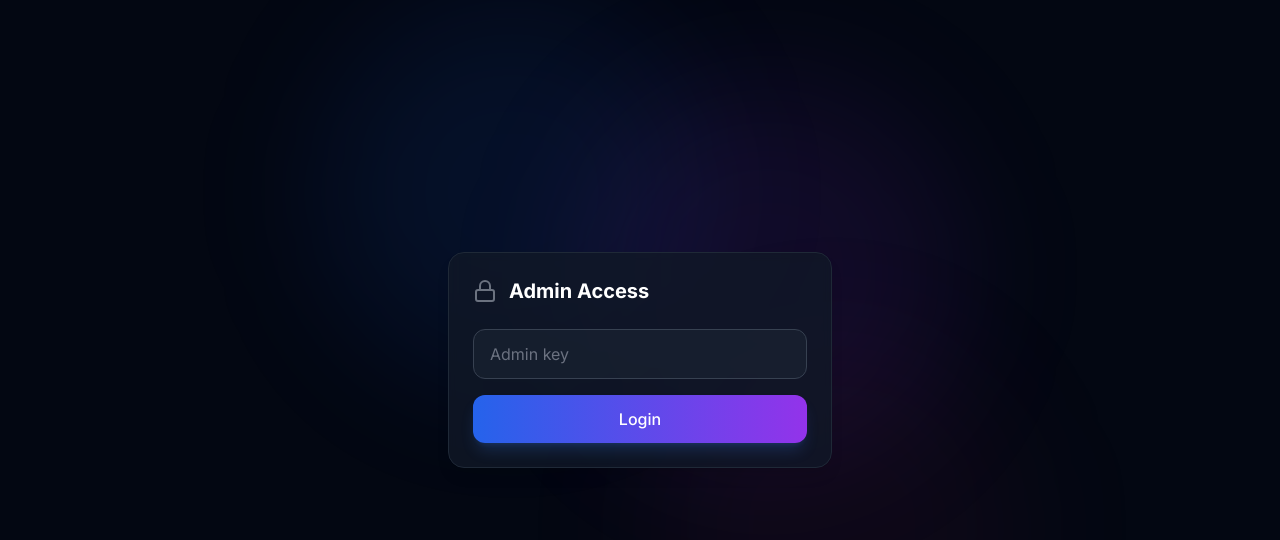
Repository: roshanreddy118/AI-tools-directory
Page: /admin
The author's editor kept a copy of each file at every save. The page is drawn from the files as they stood at one save, then again after the next save.
The browser window is 1280 px wide. The pictures show the whole page.
The project was rebuilt for these pictures with package versions that can differ from the ones it lists, and the page was loaded fresh each time. The framework's server and built-in components were replaced by stand-ins that run in the browser. Also part of the build but not shown: next.config.mjs.

Above is the page before, as saved 2026-08-27 20:18:39.

After the next save:
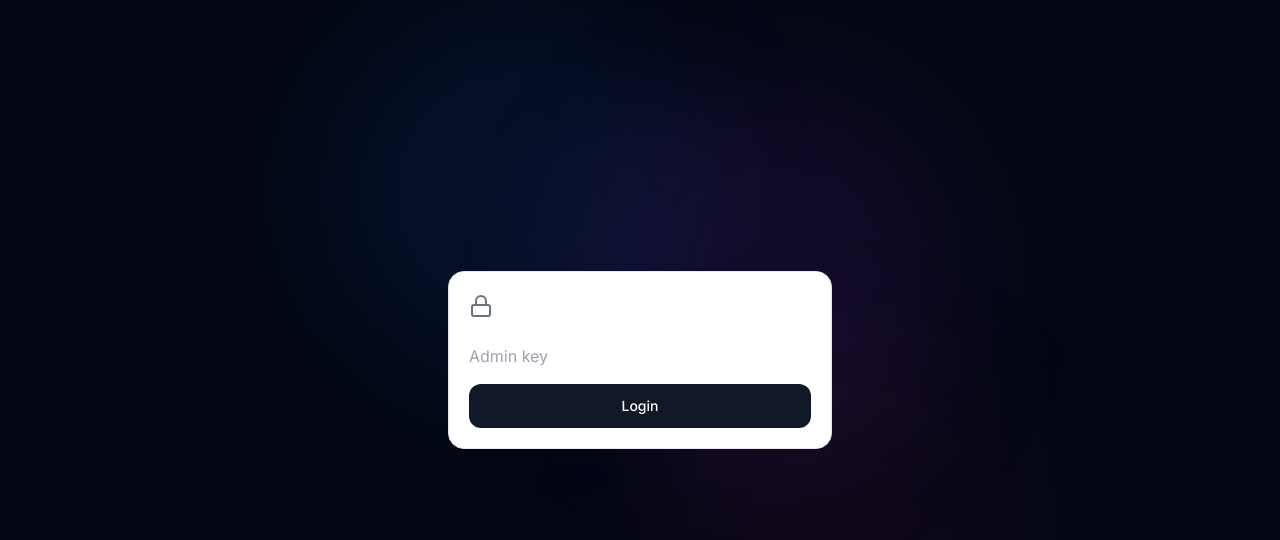
Saved 4 min 7 s later.
--- a/src/app/globals.css
+++ b/src/app/globals.css
@@ -4,64 +4,69 @@
 
 @layer base {
   body {
-    @apply bg-gray-950 text-gray-100 antialiased;
+    @apply bg-white text-gray-900 antialiased;
+    font-feature-settings: "cv02", "cv03", "cv04", "cv11";
   }
 }
 
 @layer components {
   .card {
-    @apply rounded-2xl border border-gray-800 bg-gray-900/80 p-6 shadow-lg backdrop-blur-sm transition-all hover:border-gray-700 hover:shadow-xl;
+    @apply rounded-2xl border border-gray-200 bg-white p-5 transition-all;
   }
 
   .card-hover {
-    @apply card hover:scale-[1.01] hover:bg-gray-900;
+    @apply card hover:border-gray-300 hover:shadow-sm;
+  }
+
+  .card-elevated {
+    @apply rounded-2xl bg-white p-5 shadow-sm border border-gray-100;
   }
 
   .badge {
-    @apply inline-flex items-center rounded-full px-2.5 py-0.5 text-xs font-medium;
+    @apply inline-flex items-center rounded-md px-2 py-0.5 text-xs font-medium;
   }
 
   .badge-blue {
-    @apply badge bg-blue-500/10 text-blue-400 border border-blue-500/20;
+    @apply badge bg-indigo-50 text-indigo-600;
   }
 
   .badge-green {
-    @apply badge bg-emerald-500/10 text-emerald-400 border border-emerald-500/20;
+    @apply badge bg-emerald-50 text-emerald-700;
   }
 
   .badge-purple {
-    @apply badge bg-purple-500/10 text-purple-400 border border-purple-500/20;
+    @apply badge bg-violet-50 text-violet-600;
   }
 
   .badge-amber {
-    @apply badge bg-amber-500/10 text-amber-400 border border-amber-500/20;
+    @apply badge bg-amber-50 text-amber-700;
   }
 
   .badge-gray {
-    @apply badge bg-gray-500/10 text-gray-400 border border-gray-500/20;
+    @apply badge bg-gray-100 text-gray-600;
   }
 
   .badge-pink {
-    @apply badge bg-pink-500/10 text-pink-400 border border-pink-500/20;
+    @apply badge bg-rose-50 text-rose-600;
   }
 
-  .gradient-text {
-    @apply bg-gradient-to-r from-blue-400 via-purple-400 to-pink-400 bg-clip-text text-transparent;
+  .badge-teal {
+    @apply badge bg-teal-50 text-teal-700;
   }
 
-  .glow {
-    box-shadow: 0 0 40px rgba(59, 130, 246, 0.15), 0 0 80px rgba(147, 51, 234, 0.1);
-  }
-
-  .input-dark {
-    @apply w-full px-4 py-3 bg-gray-800/50 border border-gray-700 rounded-xl text-gray-100 placeholder-gray-500 focus:ring-2 focus:ring-blue-500/50 focus:border-blue-500/50 transition-all outline-none;
+  .input-field {
+    @apply w-full px-3.5 py-2.5 bg-white border border-gray-300 rounded-xl text-gray-900 text-sm placeholder-gray-400 focus:ring-2 focus:ring-indigo-500/20 focus:border-indigo-400 transition-all outline-none;
   }
 
   .btn-primary {
-    @apply px-5 py-2.5 bg-gradient-to-r from-blue-600 to-purple-600 text-white rounded-xl font-medium hover:from-blue-500 hover:to-purple-500 disabled:opacity-50 disabled:cursor-not-allowed transition-all shadow-lg shadow-blue-500/20;
+    @apply px-4 py-2 bg-gray-900 text-white text-sm font-medium rounded-xl hover:bg-gray-800 disabled:opacity-40 disabled:cursor-not-allowed transition-all;
   }
 
   .btn-secondary {
-    @apply px-5 py-2.5 border border-gray-700 text-gray-300 rounded-xl font-medium hover:bg-gray-800 hover:text-white transition-all;
+    @apply px-4 py-2 border border-gray-300 text-gray-700 text-sm font-medium rounded-xl hover:bg-gray-50 hover:border-gray-400 transition-all;
+  }
+
+  .section-title {
+    @apply text-xs font-semibold uppercase tracking-wider text-gray-400;
   }
 }
